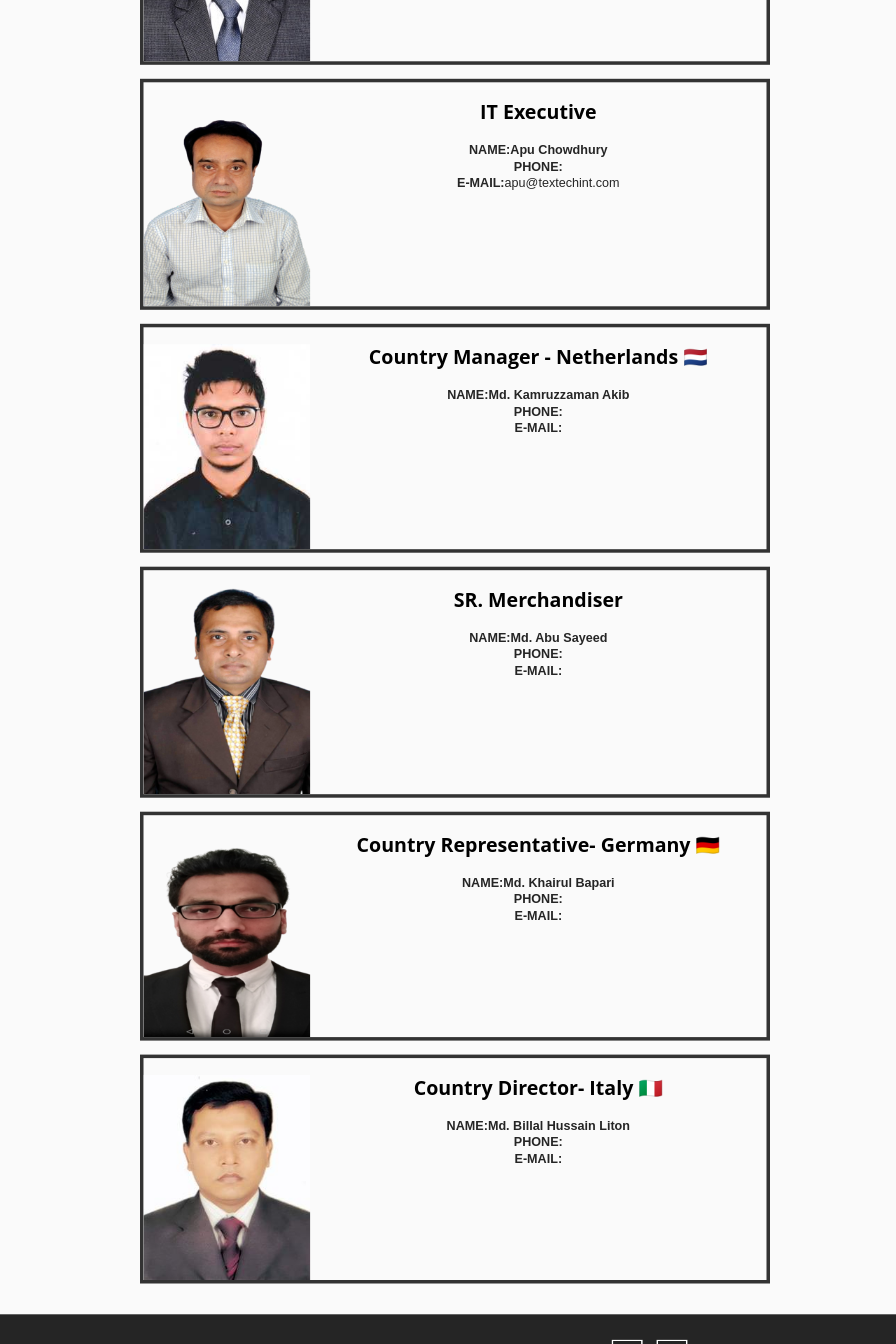
Repository: asifdotpy/textechint
Page: home.html
These files come from the project's save history. The page is drawn as it stood at one moment and after the next save; the edit follows.
The browser window is 1280 px wide. The pictures show the part of the page from y = 2251 to 4171 px (the page is 4251 px tall), at 70% of full size.

Above is the page before, as saved 2021-03-01 15:30:45.

### home.html
<!doctype html>
<html>
<head>
	<meta charset="UTF-8">
	<meta name="viewport" content="width=device-width, initial-scale=1.0">
	<title>Tex Tech International</title>
	<link rel="stylesheet" type="text/css" href="css/style.css">
	<link rel="stylesheet" type="text/css" href="css/mobile.css" media="screen and (max-width : 568px)">
	<link rel="shortcut icon" href="/favicon.ico">
	<script type="text/javascript" src="js/mobile.js"></script>
</head>
<body>
	<div id="header">
		<ul id="navigation">
			<li class="selected">
				<a href="home.html">home</a>
			</li>
			<li>
				<a href="index.html">our company</a>
			</li>
			<li>
				<a href="gallery.html">Our Products and services
				</a>
			</li>
			<li>
				<a href="about.html">career opportunity</a>
			</li>
			<li>
				<a href="blog.html">faq</a>
			</li>
			<li>
				<a href="contact.html">contact us</a>
			</li>
		</ul>
	</div>
	<div id="body" style="padding-top: 30px;">
		<div class='intro'>
			<h1>About us</h1>
			<div class="main">
			<p><strong style="color: blue;">Tex Tech International</strong> is working as a Buying & Trading house in the field of RMG, Home Textile, Leather Products, Handicraft Items & other Consumers’ Products in Bangladesh. Our major concern is to play our role as a buying house of our customers. One of our primary responsibilities as a buying house is to assure that the product purchased and released for shipment conforms to be customer’s requirements.</p>
			<p>Our goal is to provide our clients with high-quality products that meet their quality expectations.
				<strong style="color: blue;">Tex Tech International</strong> employs Quality Assurance staff to assist in the selection of manufacturers who manufacture products according to Standards set by our policy, principles, and guidelines.</p>
			<p><strong style="color: blue;">Tex Tech International</strong> is a leading Buyer’s agent / representative and garments exporter in Bangladesh. We have our own sourcing office in China, Italy, Netherlands, Canada & Australia.</p>
			<p>We have 100+ associated factories from where we can assure quality and final products. All the associated factories are fully compliance having certificates of ACCORD, ALLIANCE, BSCI, SEDEX, WRAP, OEKO-TEX, GOTS, OCS, GRS, RCS etc. We have a strong CSR team who follow up on all the different types of compliance requirement which are set by the buyer.</p>
			<p>We have a very strong Merchandising Team who keep contact and support the clients on the daily basis in order to keep a healthy relationship. Our QC teams is ready to ensure product quality as per customer demands. Our QA team inspect the goods on a third-party base and on AQL of customers.</p>
			<p>We have a strong quality control system where under each Merchandiser there is a full time QC team and the QC’s do the in-line inspections in each section of production. In a particular time of the day, our QA Supervisor checks the 30% products those have been passed by our QC’s in each section. All the QC’s always check 100% goods. All the QC’s submit their daily reports to QA Manager with highlighting the major points. QA Manager submits their reports to the relevant Merchandisers in addition to CEO. Relevant Merchandiser ensures the correct QA packing to the QA Supervisor. After maintaining all the necessary procedures, the QA Manager carries out his own final inspection before the shipment.</p>
			</p>
			</div>

		</div>

		<div class='heroes'>
		<ul>
			<div class="post-container">
				<div class="post-thumb"><img src="images/rakib.jpg" /></div>
				<div class="post-content">
					<h3 class="post-title">CEO</h3>
					<p><b>NAME:Md. Asaduzzaman Rakib</b></p>
					<p><b>PHONE:</b></p>
					<p><b>E-MAIL:</b>rakib@textechint.com</p>
			   </div>
			</div>
			<div class="post-container">
				<div class="post-thumb"><img src="images/sabuz.jpg" /></div>
				<div class="post-content">
					<h3 class="post-title">Head Of Operations (Marketing & Merchandising)</h3>
					<p><b>NAME:Md.Tanbirul Hossen Sabuz</b></p>
					<p><b>PHONE:</b></p>
					<p><b>E-MAIL:</b>sabuz@textechint.com</p>
			   </div>
			</div>
			<div class="post-container">
				<div class="post-thumb"><img src="images/monir.jpg" /></div>
				<div class="post-content">
					<h3 class="post-title">Head Of Finance & Accounts</h3>
					<p><b>NAME:Md. Mahabubur Rahman</b></p>
					<p><b>PHONE:</b></p>
					<p><b>E-MAIL:</b>monir@textechint.com</p>
			   </div>
			</div>
			<div class="post-container">
				<div class="post-thumb"><img src="images/asif.jpg" /></div>
				<div class="post-content">
					<h3 class="post-title">Head Of IT</h3>
					<p><b>NAME:Md. Asif Iqbal</b></p>
					<p><b>PHONE:</b></p>
					<p><b>E-MAIL:</b>asif@textechint.com</p>
			   </div>
			</div>
			<div class="post-container">
				<div class="post-thumb"><img src="images/apu.jpg" /></div>
				<div class="post-content">
					<h3 class="post-title">IT Executive</h3>
					<p><b>NAME:Apu Chowdhury</b></p>
					<p><b>PHONE:</b></p>
					<p><b>E-MAIL:</b>apu@textechint.com</p>
			   </div>
			</div>
			<div class="post-container">
				<div class="post-thumb"><img src="images/akib1.jpeg" /></div>
				<div class="post-content">
					<h3 class="post-title">Country Manager - Netherlands 🇳🇱</h3>
					<p><b>NAME:Md. Kamruzzaman Akib</b></p>
					<p><b>PHONE:</b></p>
					<p><b>E-MAIL:</b></p>
			   </div>
			</div>
			<div class="post-container">
				<div class="post-thumb"><img src="images/sayed1.jpg" /></div>
				<div class="post-content">
					<h3 class="post-title">SR. Merchandiser</h3>
					<p><b>NAME:Md. Abu Sayeed</b></p>
					<p><b>PHONE:</b></p>
					<p><b>E-MAIL:</b></p>
			   </div>
			</div>
			<div class="post-container">
				<div class="post-thumb"><img src="images/khairul.jpg" /></div>
				<div class="post-content">
					<h3 class="post-title">Country Representative- Germany 🇩🇪</h3>
					<p><b>NAME:Md. Khairul Bapari</b></p>
					<p><b>PHONE:</b></p>
					<p><b>E-MAIL:</b></p>
			   </div>
			</div>
			<div class="post-container">
				<div class="post-thumb"><img src="images/billal1.jpg" /></div>
				<div class="post-content">
					<h3 class="post-title">Country Director- Italy 🇮🇹</h3>
					<p><b>NAME:Md. Billal Hussain Liton</b></p>
					<p><b>PHONE:</b></p>
					<p><b>E-MAIL:</b></p>
			   </div>
			</div>
		</ul>
		</div>
	</div>
	<div id="footer">
		<div>
			<p>&copy; Created by Asif and Apu. All rights reserved.</p>
			<ul>
				<li>
					<a href="http://freewebsitetemplates.com/go/twitter/" id="linkedin">linkedin</a>
				</li>
				<li>
					<a href="https://www.facebook.com/textechint" target="_blank" id="facebook">facebook</a>
			</ul>
		</div>
	</div>
</body>
</html>

### css/style.css
@font-face {
	font-family: 'poller_oneregular';
	src: url('../fonts/pollerone/pollerone-webfont.eot');
	src: url('../fonts/pollerone/pollerone-webfont.eot?#iefix') format('embedded-opentype'),
		 url('../fonts/pollerone/pollerone-webfont.woff') format('woff'),
		 url('../fonts/pollerone/pollerone-webfont.ttf') format('truetype'),
		 url('../fonts/pollerone/pollerone-webfont.svg#poller_oneregular') format('svg');
}
@font-face {
	font-family: 'leckerli_oneregular';
	src: url('../fonts/leckerlione/leckerlione-regular-webfont.eot');
	src: url('../fonts/leckerlione/leckerlione-regular-webfont.eot?#iefix') format('embedded-opentype'),
		 url('../fonts/leckerlione/leckerlione-regular-webfont.woff') format('woff'),
		 url('../fonts/leckerlione/leckerlione-regular-webfont.ttf') format('truetype'),
		 url('../fonts/leckerlione/leckerlione-regular-webfont.svg#leckerli_oneregular') format('svg');
}

body {
	background: #fff;
	font-family: Arial, Helvetica, sans-serif;
	font-size: 14px;
	font-weight: normal;
	line-height: 1;
	margin: 0;
	min-width: 960px;
	padding: 0;
}
p {
	color: #252525;
	line-height: 24px;
	margin: 0;
	padding: 0;
}
p a {
	color: #252525;
	text-decoration: underline;
}
p a:hover {
	color: #898989;
}
#header {
	margin: 0 auto;
	padding: 4px 0 50px;
	text-align: center;
	/*width: 960px;*/
}
#header a.logo {
	display: block;
	margin: 0 auto;
	padding: 0;
	width: 340px;
}
#header a.logo img {
	border: 0;
	display: block;
	margin: 0;
	padding: 0;
}
#header ul {
	margin: 0;
	padding: 25px 0 0;
}
#header ul li {
	display: inline;
	list-style: none;
	margin: 0;
	padding: 0 19px;
}
#header ul li a {
	color: #252525;
	display: inline-block;
	font-family: "Arial Black", Gadget, sans-serif;
	font-size: 14px;
	font-weight: normal;
	margin: 0;
	padding: 0 0 3px;
	text-decoration: none;
	text-transform: uppercase;
}
#header ul li a:hover, #header ul li.selected a {
	color: #0ba39c;
}
#body {
	margin: 0;
	padding: 0 0 30px;
	text-align: center;
}
#body h1 {
	color: #fff;
	display: inline;
	font-family: poller_oneregular;
	font-size: 35px;
	font-weight: normal;
	margin: 0;
	padding: 0;
	text-transform: uppercase;
}
#body h1 span {
	background: #252525;
	display: inline-block;
	padding: 15px 28px 12px;
}
#body > div {
	margin: 0 auto;
	padding: 0;
	width: 960px;
}
#body > div img {
	border: 0 auto;
	margin: 24px 0 0;
	padding: 0;
}
#body > div .article {
	margin: 0 auto;
	padding: 30px 30px 0;
	width: 560px;
}
#body > div .article h2 {
	font-family: "Arial Black", Gadget, sans-serif;
	font-size: 25px;
	font-weight: normal;
	margin: 0 0 30px;
}
#body > div .article h3 {
	color: #252525;
	line-height: 24px;
	margin: 0;
	padding: 0;
}
#body > div .article h4 {
	background: #252525;
	color: #fff;
	display: inline-block;
	font-family: "Arial Black", Gadget, sans-serif;
	font-size: 25px;
	font-weight: normal;
	margin: 0 0 30px;
	padding: 8px 27px 10px;
}
#body > div .article p {
	margin: 0 0 30px;
	text-align: justify;
}
#body div div ul {
	margin: 0;
	padding: 24px 10px 0;
	width: 940px;
	list-style-type: none;
}
#body div div ul li {
	border: 2px solid #1a1a1a;
	display: block;
	list-style: none;
	margin: 0 0 13px;
	overflow: hidden;
	padding: 0;
}
#body div ul li .figure {
	border-right: 2px solid #1a1a1a;
	float: left;
	margin: 0;
	padding: 0;
	width: 376px;
}
#body div ul li img {
	border: 0;
	display: block;
	margin: 0;
	padding: 0;
	opacity: 0.8;
	transition: 0.5s ease-in-out;
}
#body div ul li .figure:hover img {
	opacity: 1;
}
#body div ul li div {
	float: left;
	margin: 0;
	padding: 63px 0 20px;
	width: 558px;
}
#body div ul li div h3 {
	color: #252525;
	font-family: "Arial Black", Gadget, sans-serif;
	font-size: 25px;
	font-weight: normal;
	margin: 0;
	padding: 0;
	text-transform: uppercase;
}
#body div ul li div p {
	padding: 30px 30px 18px;
}
#body div ul li div a.more {
	background: #000;
	color: #fff;
	display: inline-block;
	font-family: "Arial Black", Gadget, sans-serif;
	font-size: 18px;
	font-weight: normal;
	margin: 0;
	padding: 8px 28px;
	text-decoration: none;
	text-transform: uppercase;
}
#body div ul li div a.more:hover {
	color: #252525;
	background: #fff;
	border: 2px solid #252525;
}
#body #featured {
	margin: 0 0 13px;
	padding: 0;
	position: relative;
	width: 100%;
}
#body #featured img {
	border: 0;
	display: block;
	margin: 0;
	padding: 0;
	width: 100%;
	height: auto;
}
#body #featured div {
	left: 50%;
	margin-left: -480px;
	margin-top: -171px;
	padding: 0 0 0 470px;
	position: absolute;
	top: 50%;
	text-align: left;
	width: 490px;
}
#body #featured div h2 {
	background: #fff;
	color: #000;
	display: inline-block;
	font-family: poller_oneregular;
	font-size: 20px;
	font-weight: normal;
	margin: 0 0 18px;
	padding: 23px 27px 20px;
	text-transform: uppercase;
}
#body #featured div span {
	background: #252525;
	color: #fff;
	display: inline-block;
	font-size: 20px;
	margin: 7px 0;
	padding: 12px 27px;
}
#body #featured div a {
	background: #0ba39c;
	color: #fff;
	display: inline-block;
	font-size: 16px;
	margin: 15px 0 0;
	padding: 26px 27px 22px;
	text-align: center;
	text-decoration: none;
	text-transform: uppercase;
}
#body #featured div a:hover {
	background: #1fc3bc;
}
#body > ul {
	margin: 0 auto;
	overflow: hidden;
	padding: 24px 0 0;
	width: 960px;
}
#body > ul li {
	display: block;
	float: left;
	margin: 0 10px 20px;
	padding: 0;
	width: 300px;
}
#body > ul li a {
	color: #000;
	display: block;
	font-family: poller_oneregular;
	font-size: 20px;
	font-weight: normal;
	margin: 0;
	padding: 0;
	text-align: center;
	text-decoration: none;
	text-transform: uppercase;
}
#body > ul li a img {
	border: 2px solid #1a1a1a;
	display: block;
	margin: 0;
	padding: 0;
	opacity: .8;
	transition: 0.5s ease-in-out;
}
#body > ul li a:hover img {
	opacity: 1;
}
#body > ul li a span {
	display: block;
	margin: 0;
	padding: 33px 0 0;
}
#body form {
	margin: 0 auto;
	padding: 24px 0 0;
	width: 620px;
}
#body form input, #body form textarea {
	border: 2px solid #252525;
	color: #252525;
	font-family: Arial, Helvetica, sans-serif;
	font-size: 15px;
	font-weight: normal;
	margin: 0 0 37px;
	padding: 20px 10px;
	text-align: center;
	text-transform: uppercase;
	width: 596px;
}
#body form textarea {
	height: 175px;
	overflow: auto;
	resize: none;
}
#body form #send {
	background: #252525;
	color: #fff;
	font-family: "Arial Black", Gadget, sans-serif;
	font-size: 15px;
	font-weight: normal;
	display: inline-block;
	padding: 20px 28px;
	width: auto;
}
#body form #send:hover {
	background: #fff;
	color: #252525;
	cursor: pointer;
}
#footer {
	background: #252525;
	margin: 0;
	padding: 36px 0 42px;
}
#footer div {
	margin: 0 auto;
	overflow: hidden;
	padding: 0;
	width: 960px;
}
#footer div p {
	color: #fff;
	float: left;
	line-height: 44px;
	margin: 0 0 0 10px;
	padding: 0;
}
#footer div ul {
	display: block;
	float: right;
	margin: 0;
	overflow: hidden;
	padding: 0;
	width: 256px;
}
#footer div ul li {
	display: block;
	float: left;
	list-style: none;
	margin: 0 10px;
	padding: 0;
	width: 44px;
}
#footer div ul li a {
	background: url(../images/icons.jpg) no-repeat 0 0;
	display: block;
	height: 44px;
	margin: 0;
	padding: 0;
	text-indent: -99999px;
	width: 44px;
}
#footer div ul li #linkedin {
	background-position: 0 0;
}
#footer div ul li #linkedin:hover {
	background-position: -44px 0;
}
#footer div ul li #facebook {
	background-position: 0 -44px;
}
#footer div ul li #facebook:hover {
	background-position: -44px -44px;
}

div .intro h1 {
	margin: 0px 50px;
	padding: 0px 50px;
	background-color: #0ba39c;
	text-decoration: #1a1a1a;
}

div .intro p {
	margin: 10px;
	padding: 10px;
	font-size: 18px;
	font-family: inherit;
	font-weight: 300;
	line-height: 1.4;
}

div .main {
	font-size: 15px;
}

.post-container {
    margin: 20px 20px 0 0;
    border: 5px solid #333;
    overflow: auto
}
.post-container p {
	font-size: 18px;
	font-family: sans-serif;
	font-weight: 300;
}
.post-thumb {
    float: left;
}
.post-thumb img {
    display: block;
}
.post-content {
    margin-left: 210px
}
.post-title {
    font-weight: bold;
    font-size: 200%
}

div .main {
	text-align: justify;
}

@import url('https://fonts.googleapis.com/css?family=Heebo:400,700|Open+Sans:400,700');

:root {
  --color: #3c3163;
  --transition-time: 0.5s;
}

* {
  box-sizing: border-box;
}

body {
  margin: 0;
  min-height: 100vh;
  font-family: 'Open Sans';
  background: #fafafa;
}

a {
  color: inherit;
}

.cards-wrapper {
  display: grid;
  justify-content: center;
  align-items: center;
  grid-template-columns: 1fr 1fr 1fr;
  grid-gap: 4rem;
  padding: 4rem;
  margin: 0 auto;
  width: max-content;
}

.card {
  font-family: 'Heebo';
  --bg-filter-opacity: 0.5;
  background-image: linear-gradient(rgba(0,0,0,var(--bg-filter-opacity)),rgba(0,0,0,var(--bg-filter-opacity))), var(--bg-img);
  height: 20em;
  width: 15em;
  font-size: 1.5em;
  color: white;
  border-radius: 1em;
  padding: 1em;
  /*margin: 2em;*/
  display: flex;
  align-items: flex-end;
  background-size: cover;
  background-position: center;
  box-shadow: 0 0 5em -1em black;
  transition: all, var(--transition-time);
  position: relative;
  overflow: hidden;
  border: 10px solid #ccc;
  text-decoration: none;
}

.card:hover {
  transform: rotate(0);
}

.card h1 {
  margin: 0;
  font-size: 1.5em;
  line-height: 1.2em;
}

.card p {
  font-size: 0.75em;
  font-family: 'Open Sans';
  margin-top: 0.5em;
  line-height: 2em;
}

.card .tags {
  display: flex;
}

.card .tags .tag {
  font-size: 0.75em;
  background: rgba(255,255,255,0.5);
  border-radius: 0.3rem;
  padding: 0 0.5em;
  margin-right: 0.5em;
  line-height: 1.5em;
  transition: all, var(--transition-time);
  background: red;
}

.card:hover .tags .tag {
  background: var(--color);
  color: white;
}

.card .date {
  position: absolute;
  top: 0;
  right: 0;
  font-size: 0.75em;
  padding: 1em;
  line-height: 1em;
  opacity: .8;
}

.card:before, .card:after {
  content: '';
  transform: scale(0);
  transform-origin: top left;
  border-radius: 50%;
  position: absolute;
  left: -50%;
  top: -50%;
  z-index: -5;
  transition: all, var(--transition-time);
  transition-timing-function: ease-in-out;
}

.card:before {
  background: #ddd;
  width: 250%;
  height: 250%;
}

.card:after {
  background: white;
  width: 200%;
  height: 200%;
}

.card:hover {
  color: var(--color);
}

.card:hover:before, .card:hover:after {
  transform: scale(1);
}

.card-grid-space .num {
  font-size: 3em;
  margin-bottom: 1.2rem;
  margin-left: 1rem;
}

.info {
  font-size: 1.2em;
  display: flex;
  padding: 1em 3em;
  height: 3em;
}

.info img {
  height: 3em;
  margin-right: 0.5em;
}

.info h1 {
  font-size: 1em;
  font-weight: normal;
}

/* MEDIA QUERIES */
@media screen and (max-width: 1285px) {
  .cards-wrapper {
    grid-template-columns: 1fr 1fr;
  }
}

@media screen and (max-width: 900px) {
  .cards-wrapper {
    grid-template-columns: 1fr;
  }
  .info {
    justify-content: center;
  }
  .card-grid-space .num {
    /margin-left: 0;
    /text-align: center;
  }
}

@media screen and (max-width: 500px) {
  .cards-wrapper {
    padding: 4rem 2rem;
  }
  .card {
    max-width: calc(100vw - 4rem);
  }
}

@media screen and (max-width: 450px) {
  .info {
    display: block;
    text-align: center;
  }
  .info h1 {
    margin: 0;
  }
}


section div p {
	color: #1fc3bc;
}

/* -------------------------------------FAQ properties--------------------------------------- */

### js/mobile.js
window.onload = function(){
	var getNavi = document.getElementById('navigation');

	var mobile = document.createElement("span");
	mobile.setAttribute("id","mobile-navigation");
	getNavi.parentNode.insertBefore(mobile,getNavi);

	document.getElementById('mobile-navigation').onclick = function(){
		var a = getNavi.getAttribute('style');
		if(a){
			getNavi.removeAttribute('style');
			document.getElementById('mobile-navigation').style.backgroundImage='url(images/mobile-menu.png)';
		} else {
			getNavi.style.display='block';
			document.getElementById('mobile-navigation').style.backgroundImage='url(images/mobile-close.png)';
		}
	};
	var getElm = getNavi.getElementsByTagName("LI");
	for(var i=0;i<getElm.length;i++){
		if(getElm[i].children.length>1){
			var smenu = document.createElement("span");
			smenu.setAttribute("class","mobile-submenu");
			smenu.setAttribute("OnClick","submenu("+i+")");
			getElm[i].appendChild(smenu);
		};
	};
	submenu = function (i){
		var sub = getElm[i].children[1];
		var b = sub.getAttribute('style');
		if(b){
			sub.removeAttribute('style');
			getElm[i].lastChild.style.backgroundImage='url(images/mobile-expand.png)';
			getElm[i].lastChild.style.backgroundColor='rgba(11, 163, 156, 0.7)';
		} else {
			sub.style.display='block';
			getElm[i].lastChild.style.backgroundImage='url(images/mobile-collapse.png)';
			getElm[i].lastChild.style.backgroundColor='rgba(0,0,0,0.8)';
		}
	};
};

### css/mobile.css
body {
	min-width: 0;
}
#header {
	padding: 20px 0;
	position: relative;
	width: 100%;
}
#header a.logo {
	width: 80%;
}
#header a.logo img {
	width: 100%;
}
#mobile-navigation {
	background: url(../images/mobile-menu.png) no-repeat 0 0;
	display: block;
	height: 50px;
	margin: 30px auto 0;
	padding: 0;
	width: 50px;
}
#header ul {
	border: 1px solid #fff;
	display: none;
	left: 50%;
	margin-left: -45%;
	padding: 0;
	position: absolute;
	width: 90%;
	z-index: 1001;
}
#header ul li {
	border-top: 1px solid #fff;
	display: block;
	margin: 0;
	padding: 0;
	position: relative;
}
#header > ul > li:first-child {
	border: 0;
}
#header ul li a {
	background: rgba(11, 163, 156, 0.9);
	color: #fff;
	display: block;
	font-family: Arial, Helvetica, sans-serif;
	font-size: 16px;
	font-weight: normal;
	height: 49px;
	line-height: 49px;
	padding: 0 15px;
	text-align: left;
}
#header ul li a:hover, #header ul li.selected a {
	background: rgba(0, 0, 0, 0.9);
	color: #fff;
}
#header ul ul {
	display: none;
	border: 0;
	height: auto;
	left: 0;
	margin: 0;
	position: relative;
	width: 100%;
}
#header ul ul li a {
	text-indent: 15px;
}
#header ul li span {
	background: rgba(11, 163, 156, 0.9) url(../images/mobile-expand.png) no-repeat 0 0;
	border-left: 1px solid #fff;
	display: block;
	height: 49px;
	position: absolute;
	right: 0;
	top: 0;
	width: 50px;
}
#body {
	width: 100%;
}
#body h1 {
	display: block;
	font-size: 20px;
	margin: 0 auto;
	width: 90%;
}
#body h1 span {
	display: block;
	padding: 3%;
	width: 94%;
}
#body > div {
	padding: 0 5%;
	width: 90%;
}
#body > div img {
	margin: 24px 0 30px;
	width: 98%
}
#body > div .article {
	padding: 0;
	width: 100%;
}
#body > div .article h2, #body > div .article h4 {
	font-size: 18px;
	font-weight: bold;
}
#body #featured {
	overflow: hidden;
	margin: 0 0 20px
}
#body #featured img {
	min-width: 960px;
}
#body #featured div {
	left: 0;
	margin: 0;
	padding: 0 2%;
	position: absolute;
	top: 0;
	text-align: left;
	width: 96%;
}
#body #featured div h2 {
	font-size: 14px;
	font-weight: normal;
	margin: 50px 0 10px;
	padding: 8px 5px;
}
#body #featured div span {
	display: block;
	font-size: 14px;
	margin: 10px 0;
	padding: 10px;
}
#body #featured div a {
	font-size: 14px;
	margin: 5px 0 0;
	padding: 10px;
}
#body > ul {
	overflow: visible;
	padding: 0 5%;
	width: 90%;
}
#body ul.gallery {
	padding: 5% 0;
	overflow: hidden;
	width: 100%;
}
#body > ul li {
	float: none;
	margin: 0;
	width: 100%;
}
#body ul.gallery li {
	float: left;
	margin: 0 0 5% 5%;
	width: 42%;
}
#body > ul li a img {
	width: 98%;
}
#body > ul li a span {
	padding: 15px 0;
}
#body div ul {
	margin: 0;
	padding: 20px 0 0;
	width: 100%;
}
#body div ul li {
	overflow: visible;
	padding: 0 0 20px;
	width: 99%;
}
#body div ul li .figure {
	border: 0;
	display: block;
	float: none;
	margin: 0 0 20px;
	width: 100%;
}
#body div ul li .figure img {
	width: 100%;
}
#body div ul li div {
	float: none;
	padding: 0;
	width: 100%;
}
#body div ul li div a.more:hover {
	height: 14px;
	line-height: 14px;
}
#body form {
	width: 100%;
}
#body form input, #body form textarea {
	margin: 0 0 20px;
	padding: 10px;
	width: 84%;
}
#body form #send {
	padding: 10px;
}
#footer {
	padding: 10px 0 25px;
}
#footer div {
	overflow: visible;
	width: 100%;
}
#footer div p {
	float: none;
	margin: 0;
	text-align: center;
}
#footer div ul {
	float: none;
	margin: 0 auto;
	width: 256px;
}

#container {
    margin-top: 0;
    margin-bottom: 0;
    margin-left: 0;
    margin-right: 0;
    padding: 2vh;
    text-align: center;
}

After the next save:
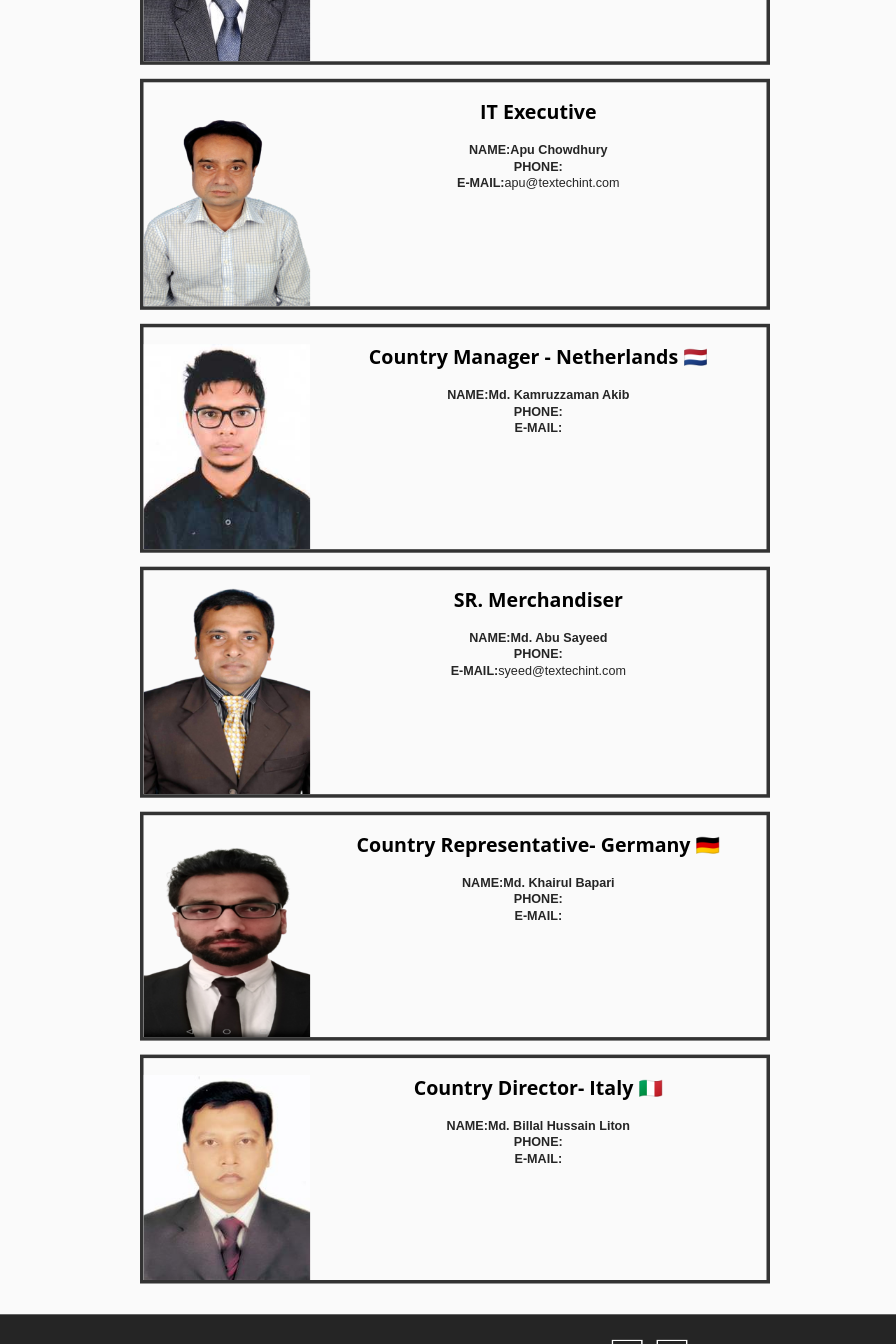
Saved 9 h 39 min later.
--- a/home.html
+++ b/home.html
@@ -111,7 +111,7 @@
 					<h3 class="post-title">SR. Merchandiser</h3>
 					<p><b>NAME:Md. Abu Sayeed</b></p>
 					<p><b>PHONE:</b></p>
-					<p><b>E-MAIL:</b></p>
+					<p><b>E-MAIL:</b>syeed@textechint.com</p>
 			   </div>
 			</div>
 			<div class="post-container">
